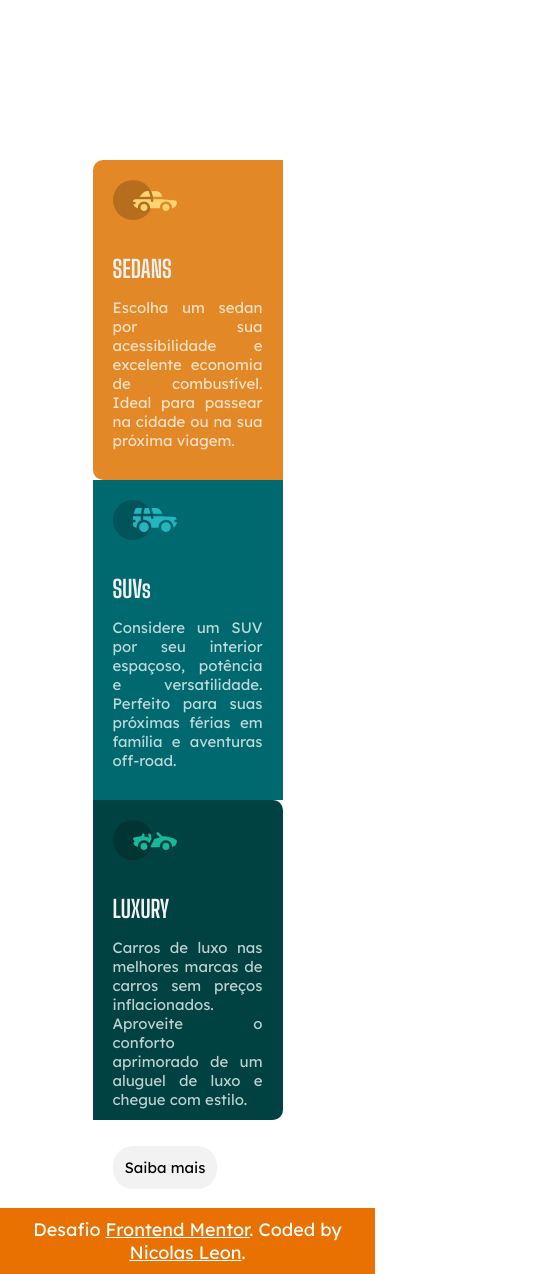
Repository: Leonngc/Car-cards
Page: index.html
These files come from the project's save history. The page is drawn as it stood at one moment and after the next save; the edit follows.
The browser window is 375 px wide. The page is 375 px wide, then 558 px, then 375 px, so the pictures cover 558 px, including what lies to the right of the window. The pictures show the whole page.

Above is the page before, as saved 2023-01-17 19:33:02.

### index.html
<!DOCTYPE html>
<html lang="pt-br">
  <head>
    <meta charset="UTF-8" />
    <meta name="viewport" content="width=device-width, initial-scale=1.0" />
    <!-- displays site properly based on user's device -->

    <link
      rel="icon"
      type="image/png"
      sizes="32x32"
      href="./images/favicon-32x32.png"
    />

    <link rel="stylesheet" href="styles/style.css" />

    <title>Frontend Mentor | 3-column preview card component</title>


  </head>
  <body>
    <main>
      <div class="card" id="sedan">
        <div class="image"><img src="images/icon-sedans.svg" alt="" /></div>
        <h2>SEDANS</h2>
        <p>
          Escolha um sedan por sua acessibilidade e excelente economia de
          combustível. Ideal para passear na cidade ou na sua próxima viagem.
        </p>
        <button>Saiba mais</button>
      </div>
      <div class="card" id="suv">
        <div class="image"><img src="images/icon-suvs.svg" alt="" /></div>

        <h2>SUVs</h2>
        <p>
          Considere um SUV por seu interior espaçoso, potência e versatilidade.
          Perfeito para suas próximas férias em família e aventuras off-road.
        </p>
        <button>Saiba mais</button>
      </div>
      <div class="card" id="luxury">
        <div class="image"><img src="images/icon-luxury.svg" alt="" /></div>
        <h2>LUXURY</h2>
        <p>
          Carros de luxo nas melhores marcas de carros sem preços inflacionados.
          Aproveite o conforto aprimorado de um aluguel de luxo e chegue com
          estilo.
        </p>
        <button>Saiba mais</button>
      </div>
    </main>

    <footer class="attribution">
      <p>
        Desafio
        <a href="https://www.frontendmentor.io?ref=challenge" target="_blank"
          >Frontend Mentor</a
        >. Coded by <a href="#">Nicolas Leon</a>.
      </p>
    </footer>
  </body>
</html>

### styles/style.css
@import url("https://fonts.googleapis.com/css2?family=Lexend+Deca&display=swap");

@import url("https://fonts.googleapis.com/css2?family=Big+Shoulders+Display:wght@700&display=swap");

* {
  margin: 0 auto;
  padding: 0;
}

:root {
  --font-body: "Lexend Deca", sans-serif;

  --font-title: "Big Shoulders Display", cursive;
}

/* Basic styles */

main {
  display: flex;
  margin: auto;
  margin-top: 20vh;
  margin-left: 20vw;
  margin-right: 20vw;
}
.card {
  padding: 30px;
  height: 55vh;
  width: 90vw;
}
.card > p {
  font-family: var(--font-body);
  margin-bottom: 60px;
  text-align: justify;
  font-size: 15px;
  color: hsla(0, 0%, 100%, 0.75);
}
.card > h2 {
  font-family: var(--font-title);
  padding-top: 30px;
  padding-bottom: 15px;
  color: hsl(0, 0%, 95%);
}

#sedan {
  background-color: hsl(31, 77%, 52%);
  border-top-left-radius: 10px;
  border-bottom-left-radius: 10px;
}

#suv {
  background-color: hsl(184, 100%, 22%);
}

#luxury {
  background-color: hsl(179, 100%, 13%);
  border-top-right-radius: 10px;
  border-bottom-right-radius: 10px;
}

#luxury > p {
  margin-bottom: 37px;
}

button {
  padding: 12px;
  border-radius: 20px;
  background-color: hsl(0, 0%, 95%);
  border: 0;
  font-family: var(--font-body);
  font-size: 15px;
}

footer > p {
  background-color: rgb(233, 113, 2);
  color: white;
  font-size: 18px;
  margin-top: 11vh;
  padding: 10px;
  text-align: center;
  font-family: var(--font-body);
}

a {
  color: white;
}

/* Animations */
button:hover {
  background-color: hsla(0, 0%, 54%, 0);
  border: 2px solid rgb(255, 255, 255);
  color: hsl(0, 0%, 100%);
}

a:hover {
  font-size: 20px;
}

/* Media Queries */
@media screen and (max-width:600px){
    main{
        display: flex;
        flex-direction: column;
    }

    .card {
  padding: 20px;
  height: 35vh;
  width: 40vw;
}

}

After the next save:
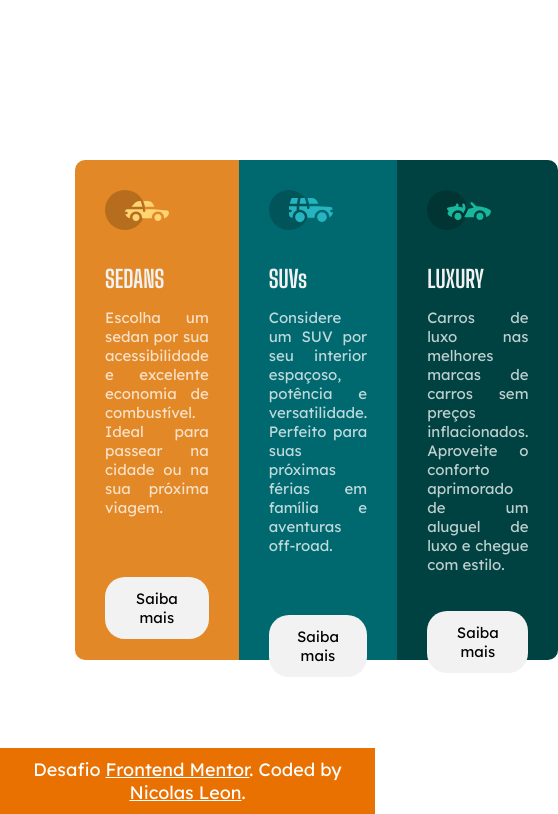
Saved 5 s later.
--- a/styles/style.css
+++ b/styles/style.css
@@ -96,7 +96,7 @@
 }
 
 /* Media Queries */
-@media screen and (max-width:600px){
+@media screen and (max-width:600px min-wi){
     main{
         display: flex;
         flex-direction: column;

After the 5 saves that followed:
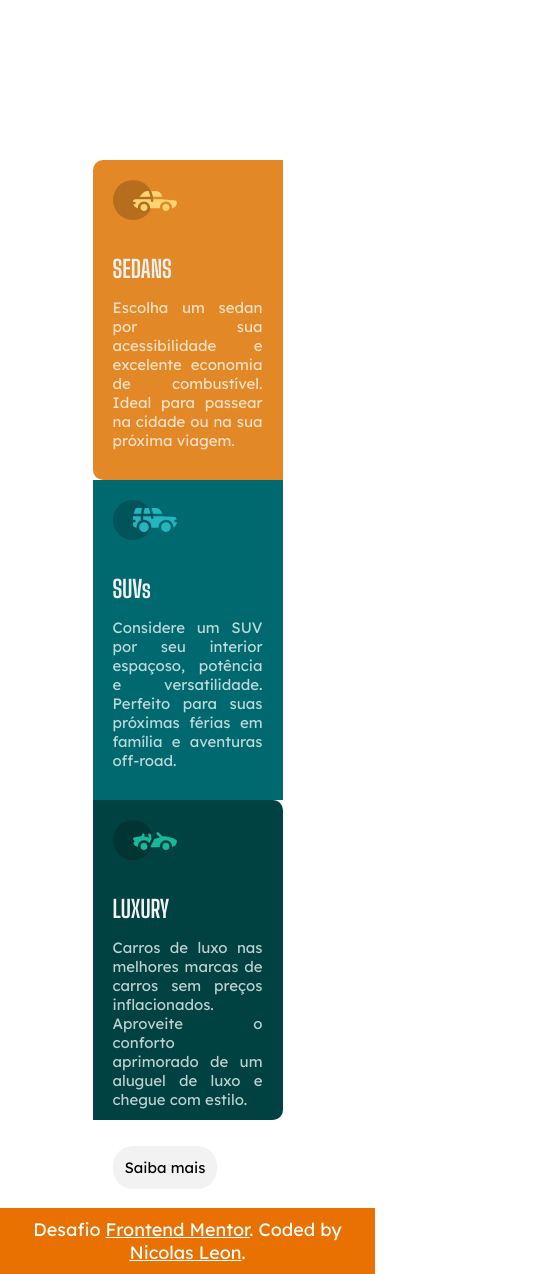
The 5 saves are shown as one change because 3 left the picture as it was and some came seconds apart.
The last was saved 29 s later.
--- a/styles/style.css
+++ b/styles/style.css
@@ -96,7 +96,7 @@
 }
 
 /* Media Queries */
-@media screen and (max-width:600px min-wi){
+@media screen and (max-width:600px ){
     main{
         display: flex;
         flex-direction: column;
